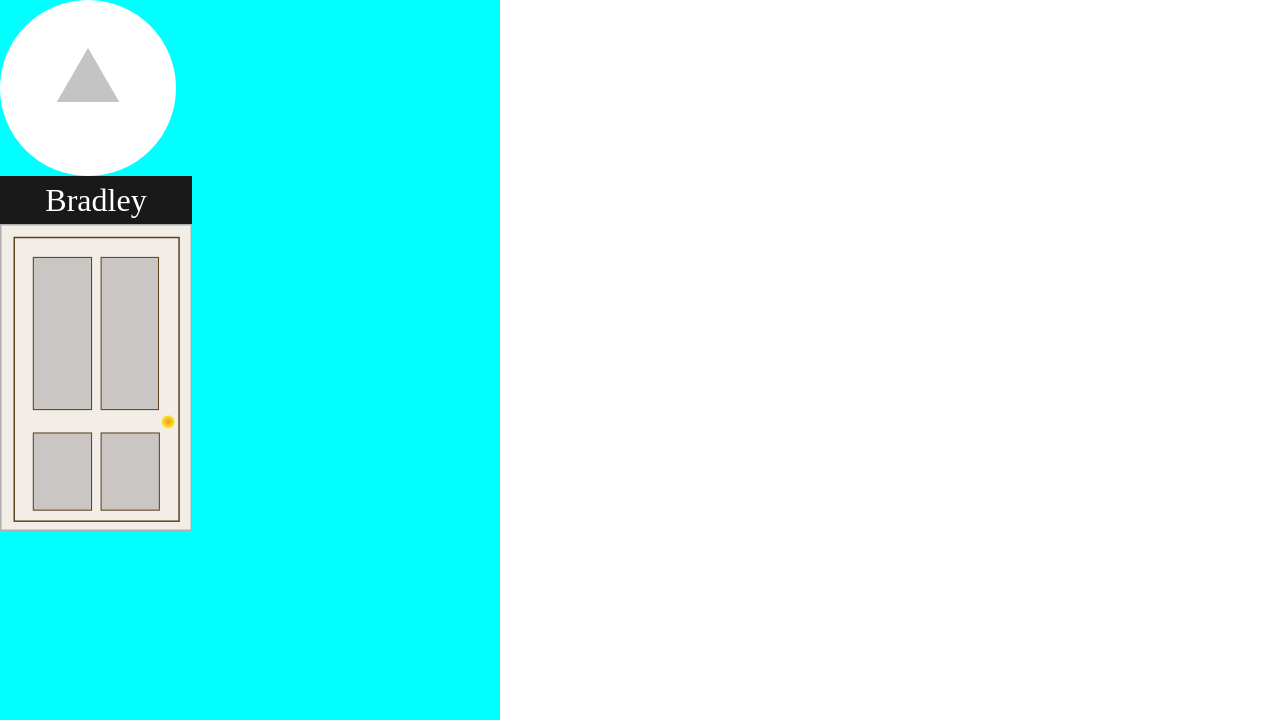
Repository: dnguyen130/HelpAHomieV3
Page: index.html
These files come from the project's save history. The page is drawn as it stood at one moment and after the next save; the edit follows.
The browser window is 1280 px wide. The pictures show the whole page.

Above is the page before, as saved 2021-03-10 20:25:53.

After the next save:
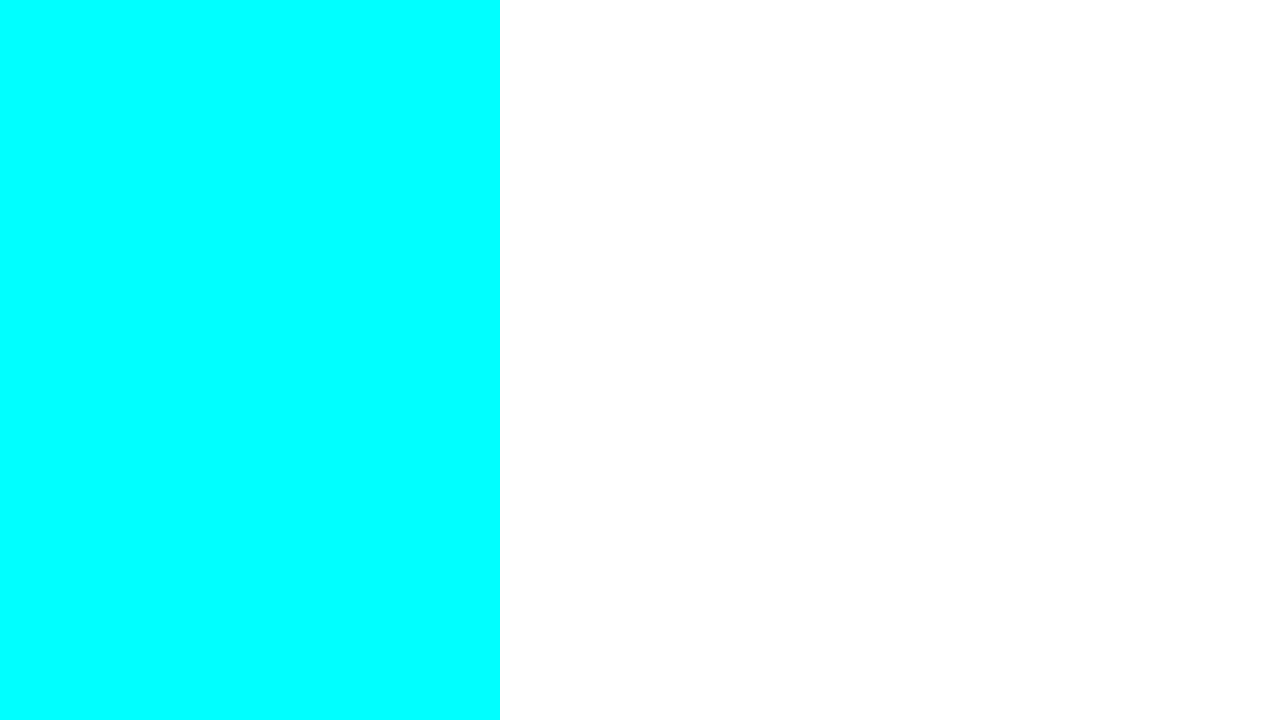
Console error: TypeError: Cannot read properties of null (reading 'innerHTML')
Saved 11 s later.
--- a/index.html
+++ b/index.html
@@ -10,10 +10,10 @@
 <body>
 
     <div class="main">
-        <div class="door-screen height">
-            <div class="arrow"></div>
+        <div class="door-screen1 height">
+
             <div class="door-container"></div>
-            <div class="arrow"></div>
+
         </div>
     </div>
     <script src="./comps/Door/index.js"></script>

After the save that followed:
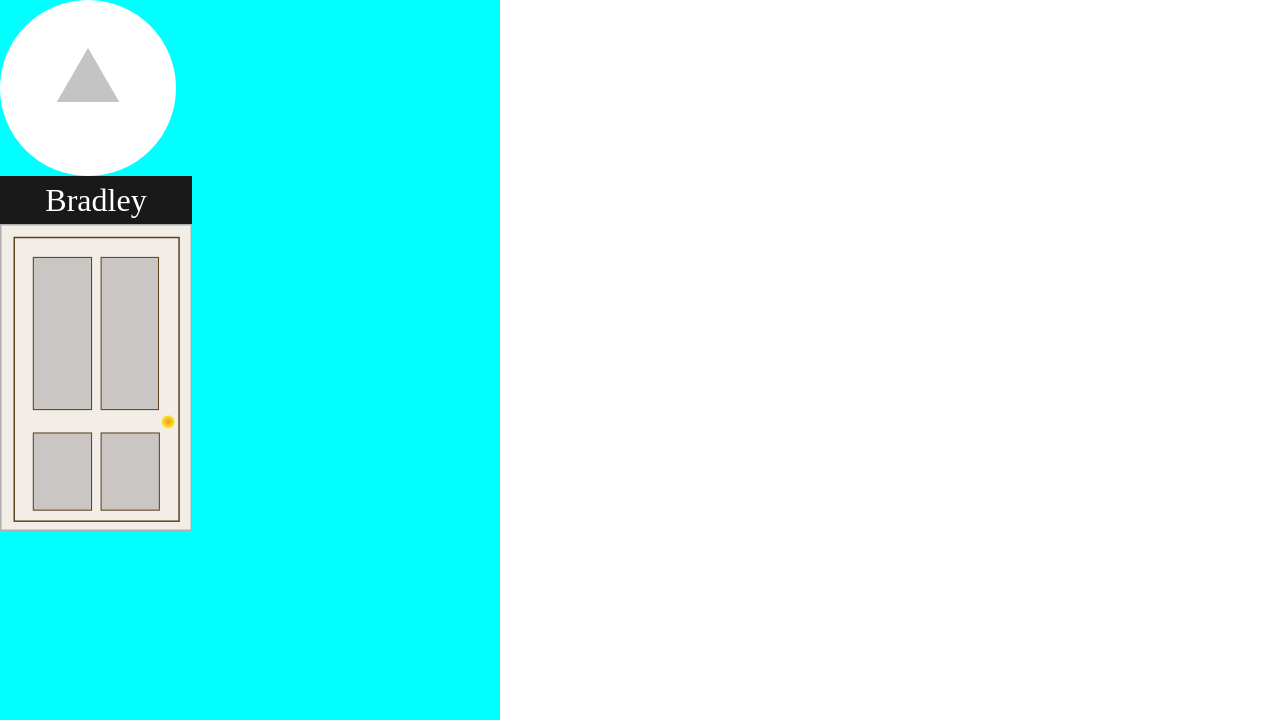
The error is gone.
Saved 12 s later.
--- a/index.html
+++ b/index.html
@@ -11,6 +11,7 @@
 
     <div class="main">
         <div class="door-screen1 height">
+            <div class="arrow"></div>
 
             <div class="door-container"></div>
 
